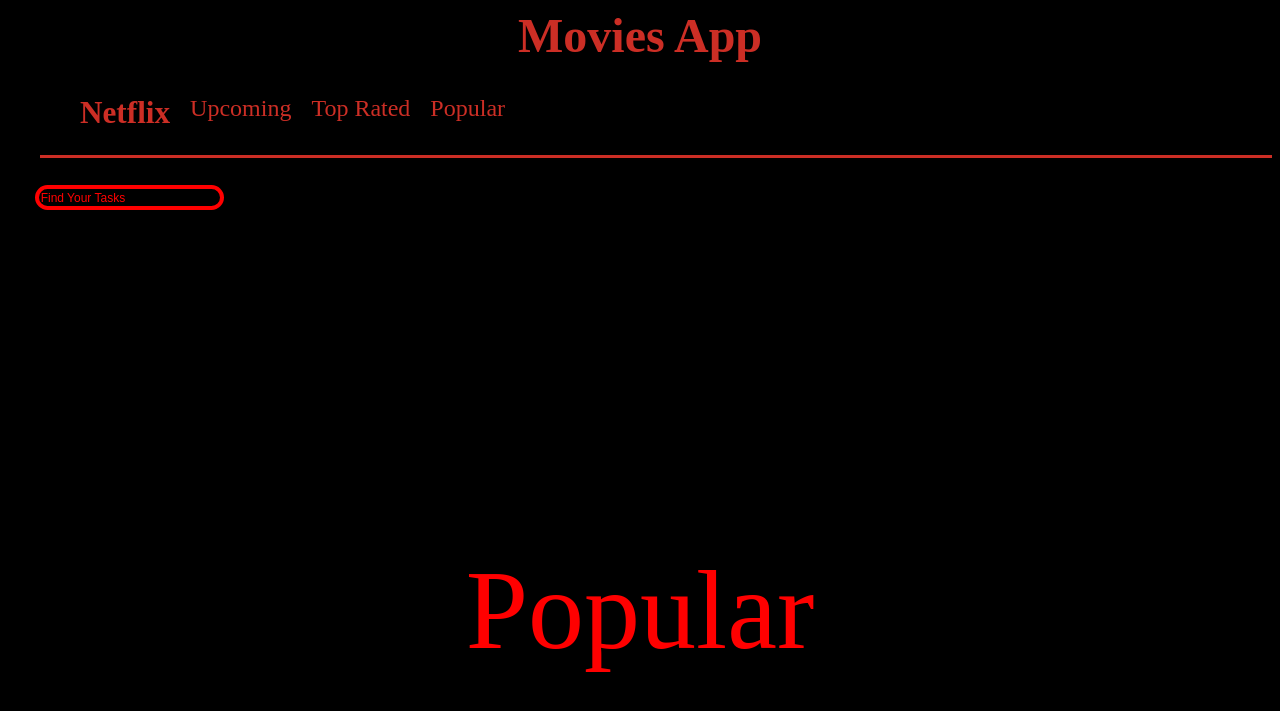
Repository: runner855/movie-app
Page: /popular
An editor plug-in stored every save of this project. The page is shown before and after the next save, followed by the edit.
The browser window is 1280 px wide. The pictures show the whole page.
The project was rebuilt for these pictures with package versions that can differ from the ones it lists, and the page was loaded fresh each time. Also part of the build but not shown: src/styles/TopRated.css, src/components/TopRated.tsx, src/styles/Upcoming.css, src/components/Upcoming.tsx.

Above is the page before, as saved 2022-11-16 17:36:21.

### src/index.tsx
import React from "react";
import ReactDOM from "react-dom/client";
import { BrowserRouter } from "react-router-dom";
import "./styles/index.css";
import { App } from "./components/App";

const root = ReactDOM.createRoot(
  document.getElementById("root") as HTMLElement
);
root.render(
  <React.StrictMode>
    <BrowserRouter>
      <App />
    </BrowserRouter>
  </React.StrictMode>
);

### src/styles/index.css
body {
  background-color: #000000;
}

code {
  font-family: source-code-pro, Menlo, Monaco, Consolas, "Courier New",
    monospace;
}

### src/components/App.tsx
import React from "react";
import "../styles/App.css";
import { BrowserRouter as Router, Routes, Route, Link } from "react-router-dom";

import { NavBar } from "../components/NavBar";
import { TopRated } from "../components/TopRated";
import { Upcoming } from "./Upcoming";
import { Popular } from "./Popular";
import { MoviesFilter } from "./MoviesFilter";

export const App = () => {
  return (
    <div className="App">
      <div className="title">Movies App</div>

      <NavBar />
      <MoviesFilter />

      <Routes>
        <Route path="/" element={<Upcoming />} />

        <Route path="/top-rated" element={<TopRated />} />
        <Route path="/popular" element={<Popular />} />
      </Routes>
    </div>
  );
};

### src/styles/App.css
.title {
  color: #cc2e25;
  text-align: center;
  font-weight: bold;
  font-size: 3em;
}

### src/components/NavBar.tsx
import * as React from "react";
import "../styles/NavBar.css";
import { Link } from "react-router-dom";

export const NavBar = () => {
  return (
    <header className="navbar">
      <nav>
        <ul>
          <li className="logo">Netflix</li>
          <li>
            <Link className="item" to="/">
              Upcoming
            </Link>
          </li>
          <li>
            <Link className="item" to="/top-rated">
              Top Rated
            </Link>
          </li>
          <li>
            <Link className="item" to="/popular">
              Popular
            </Link>
          </li>
        </ul>
      </nav>
    </header>
  );
};

### src/components/Popular.tsx
import * as React from "react";
import "../styles/Popular.css";

export const Popular = () => {
  return <div className="popular_page">Popular</div>;
};

### src/components/MoviesFilter.tsx
import * as React from "react";
import "../styles/MoviesFilter.css";

export const MoviesFilter = () => {
  return (
    <div className="movie_search">
      <input
        className="search-input"
        type="search"
        // onChange={(e) => setValue(e.target.value)}
        // value={value}
        placeholder={"Find Your Tasks"}
      />
    </div>
  );
};

### src/styles/NavBar.css
ul {
  text-align: left;
  list-style: none;
  font-size: 1.5em;
  display: flex;
}
ul li {
  margin-right: 20px;
  color: #cc2e25;
}

a {
  text-decoration: none;
}

a,
a:visited,
a:hover,
a:active {
  color: inherit;
}

.navbar {
  margin: 2em 0em 0em 2em;
}
a:hover {
  border-bottom: solid 3px #cc2e25;
}

.logo {
  font-weight: bold;
  font-size: 1.3em;
}

.navbar {
  border-bottom: #cc2e25 solid 0.2em;
}

### src/styles/Popular.css
.popular_page {
  color: red;
  text-align: center;
  margin-top: 3em;
  font-size: 7em;
}

### src/styles/MoviesFilter.css
.movie_search input {
  text-align: left;
  margin: 2em 0em 0em 2em;
}

input {
  border: solid red 0.3em;
  border-radius: 2em;
  background-color: #0000;
}

input::placeholder {
  color: red;
  font-size: 0.9em;
}

Loaded but not shown: public/index.html (common file)

After the next save:
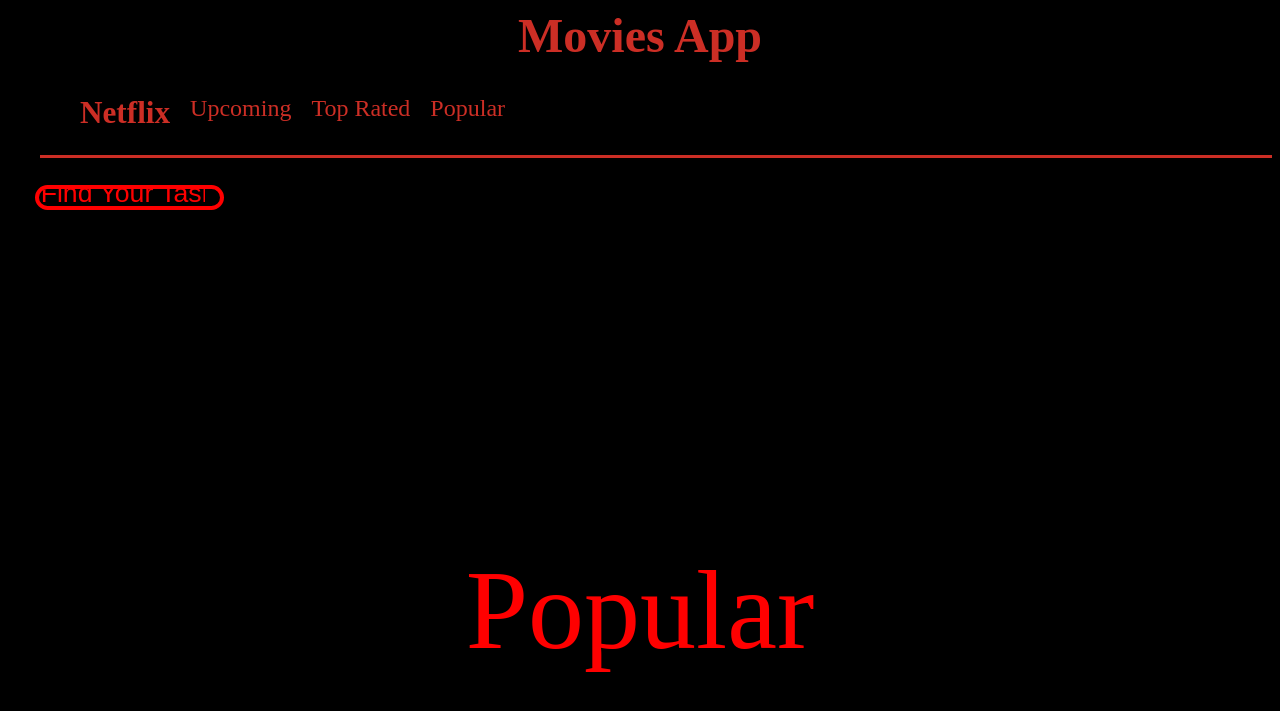
Saved 5 s later.
--- a/src/styles/MoviesFilter.css
+++ b/src/styles/MoviesFilter.css
@@ -11,5 +11,5 @@
 
 input::placeholder {
   color: red;
-  font-size: 0.9em;
+  font-size: 2em;
 }
